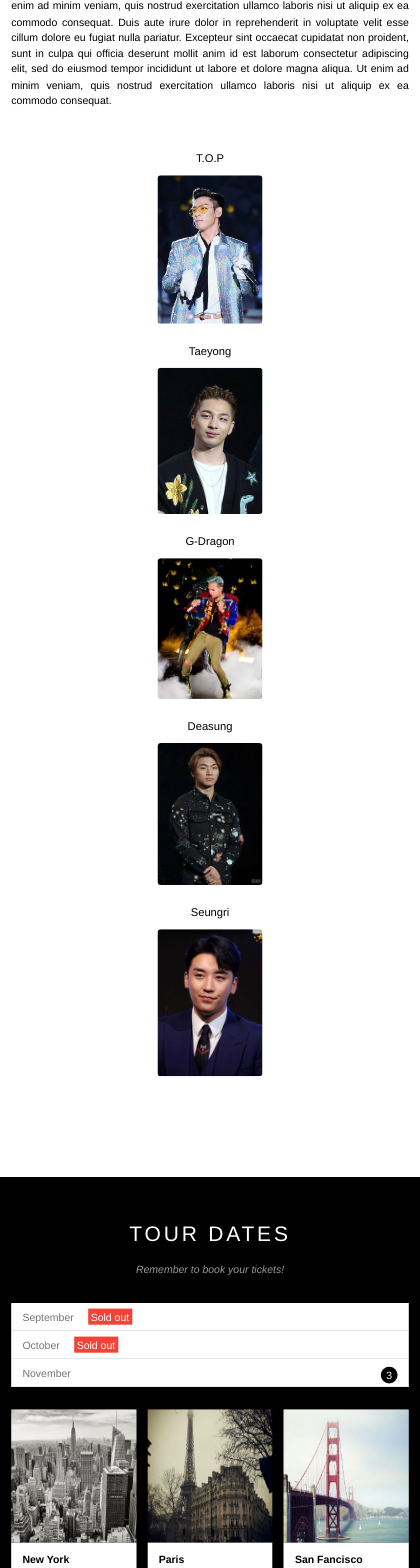
Repository: ThinhTran2k/BigBang-Band-Website
Page: index.html
These files come from the project's save history. The page is drawn as it stood at one moment and after the next save; the edit follows.
The browser window is 600 px wide. The pictures show the part of the page from y = 559 to 2799 px (the page is 4058 px tall before and 5441 px after), at 70% of full size.

Above is the page before, as saved 2021-03-16 17:12:06.
Console error: TypeError: Cannot set properties of undefined (setting 'onclick')

### index.html
<!DOCTYPE html>
<html lang="en">
<head>
    <meta charset="UTF-8">
    <meta http-equiv="X-UA-Compatible" content="IE=edge">
    <meta name="viewport" content="width=device-width, initial-scale=1.0">
    <title>Brand</title>
    <link rel="icon" href="asset/img/favicon.png" type="image/x-icon" />
    <link rel="stylesheet" href="./asset/css/style.css">
    <link rel="stylesheet" href="./asset/css/responsive.css">
    <link rel="stylesheet" href="./asset/font/themify-icons/themify-icons.css">
</head>
<body>
    <div class="wrapper">
        <div class="header">
            <!-- Navigation -->
            <ul class="nav">
                <li><a href="#">Home</a></li>
                <li><a href="#band">Band</a></li>
                <li><a href="#tour">Tour</a></li>
                <li><a href="#contact">Contact</a></li>
                <li>
                    <a href="#">
                        More
                        <i class="nav-arrow-icon ti-angle-down"></i>
                    </a>
                    <ul class="subnav">
                        <li><a href="#">Merchandise</a></li>
                        <li><a href="#">Extras</a></li>
                        <li><a href="#">Media</a></li>
                    </ul>
                </li>
            </ul>

            <!-- Search -->
            <div class="header__search">
                <i class="header__search-icon ti-search"> </i>
            </div>

            <div class="mobi-menu-responsive">
                <i class="menu-icon ti-menu"></i>
            </div>
        </div>

        <div class="slider">
            <div class="text-content">
                <h2 class="text-heading">New York</h2>
                <div class="text-description">The atmosphere in New York is lorem ipsum.</div>
            </div>
        </div>

        <div class="content" >
            <div class="content-section" id="band">
                <h2 class="section-heading">THE BAND</h2>
                <p class="section-subheading">We love music</p>
                <p class="about">We have created a fictional band website. Lorem ipsum dolor sit amet, consectetur adipiscing elit, sed do eiusmod tempor
                incididunt ut labore et dolore magna aliqua. Ut enim ad minim veniam, quis nostrud exercitation ullamco laboris nisi ut
                aliquip ex ea commodo consequat. Duis aute irure dolor in reprehenderit in voluptate velit esse cillum dolore eu fugiat
                nulla pariatur. Excepteur sint occaecat cupidatat non proident, sunt in culpa qui officia deserunt mollit anim id est
                laborum consectetur adipiscing elit, sed do eiusmod tempor incididunt ut labore et dolore magna aliqua. Ut enim ad minim
                veniam, quis nostrud exercitation ullamco laboris nisi ut aliquip ex ea commodo consequat.
                </p>

                <div class="row member-list member-list-resp">
                    <div class="member-item member-item-resp">
                        <p class="member-name">T.O.P</p>
                        <img src="./asset/img/T.O.P.jpg" alt="name" class="member-img">
                    </div>
                    <div class="member-item member-item-resp">
                        <p class="member-name">Taeyong</p>
                        <img src="./asset/img/Taeyong.jpg" alt="name" class="member-img">
                    </div>
                    <div class="member-item member-item-resp">
                        <p class="member-name">G-Dragon</p>
                        <img src="./asset/img/G-dragon.jpg" alt="name" class="member-img">
                    </div>
                    <div class="member-item member-item-resp">
                        <p class="member-name">Deasung</p>
                        <img src="./asset/img/Deasung.jpg" alt="name" class="member-img">
                    </div>
                    <div class="member-item member-item-resp">
                        <p class="member-name">Seungri</p>
                        <img src="./asset/img/Seung-hyun.png" alt="name" class="member-img">
                    </div>
                </div>
            </div>
            <div class="content-section--black" id="tour">
                <div class="content-section">
                    <h2 class="section-heading text-white">TOUR DATES</h2>
                    <p class="section-subheading text-white">Remember to book your tickets!</p>
                    <!-- Tickets -->
                    <ul class="tickets-list">
                        <li>September <span class="sold-out">Sold out</span></li>
                        <li>October <span class="sold-out">Sold out</span></li>
                        <li>November <span class="quantity">3</span></li>
                    </ul>
                    <!-- Places -->
                    <div class="row place-list">
                        <div class="col col-third">
                            <img src="./asset/img/newyork.jpg" alt="place" class="place-img">
                            <div class="place-content">
                                <h3 class="place-heading">New York</h3>
                                <p class="place-time">Fri 27 Nov 2016</p>
                                <p class="place-desc">Praesent tincidunt sed tellus ut rutrum sed vitae justo.</p>
                                <a href="#" class="place-buy-btn">Buy Tickets</a>
                            </div>
                        </div>
                        <div class="col col-third">
                            <img src="./asset/img/paris.jpg" alt="place" class="place-img">
                            <div class="place-content">
                                <h3 class="place-heading">Paris</h3>
                                <p class="place-time">Sat 28 Nov 2017</p>
                                <p class="place-desc">Praesent tincidunt sed tellus ut rutrum sed vitae justo.</p>
                                <a href="#" class="place-buy-btn">Buy Tickets</a>
                            </div>
                        </div>
                        <div class="col col-third">
                            <img src="./asset/img/sanfran.jpg" alt="place" class="place-img">
                            <div class="place-content">
                                <h3 class="place-heading">San Fancisco</h3>
                                <p class="place-time">Sun 29 Nov 2018</p>
                                <p class="place-desc">Praesent tincidunt sed tellus ut rutrum sed vitae justo.</p>
                                <a href="#" class="place-buy-btn">Buy Tickets</a>
                            </div>
                        </div>
                    </div>
                </div>
            </div>
            <div class="content-section" id="contact">
                <h2 class="section-heading">CONTACT</h2>
                <p class="section-subheading">Fan? Drop a note!</p>

                <div class="row contact-content">
                    <div class="col col-half contact-infor">
                        <p><i class="ti-location-pin"></i>Chicago, US</p>
                        <p><i class="ti-mobile"></i>Phone: +00 151515/p>
                        <p><i class="ti-email"></i>Email: mail@mail.com</p>
                    </div>
                    <div class="col col-half contact-form">
                        <form action="">
                            <div class="row ">
                                <div class="col col-half">
                                    <input type="text" name="" id="" class="form-control" required placeholder="Name">
                                </div>
                                <div class="col col-half">
                                    <input type="email" name="" id="" class="form-control" required placeholder="Email">
                                </div>
                            </div>
                            <div class="row mt-8">
                                <div class="col col-full">
                                    <input type="text" name="" id="" class="form-control" required placeholder="Message">
                                </div>
                            </div>
                            <input type="submit" value="SEND" class="form-btn">
                        </form>
                    </div>
                </div>
            </div>

            <div class="map-section" >
                <img src="./asset/img/map.jpg" alt="map">
            </div>
        </div>

        <div class="footer">
            <div class="social-list">
                <a href=""><i class="ti-facebook"></i></a>
                <a href=""><i class="ti-instagram"></i></a>
                <a href=""><i class="ti-pinterest"></i></a>
                <a href=""><i class="ti-linkedin"></i></a>
                <a href=""><i class="ti-twitter-alter"></i></a>
                <a href=""><i class="ti-dropbox-alt"></i></a>
            </div>
            <p class="copyright">Powered by <a href="#">w3.css</a></p>
        </div>
    </div>

    <script>
        // Tự động thay đổi kích thước khi chọn btn menu
        var headerE = document.querySelector('.header');
        var headerHeight = headerE.clientHeight;
        var menuE = document.querySelector('.mobi-menu-responsive');
        menuE.onclick = function () {
            var status = headerE.clientHeight == headerHeight;
            if(status){
                headerE.style.height = 'auto'
            }else{
                headerE.style.height = null;
            }
        }
        // Tự động đóng khi chọn menu
        var menuItems = document.querySelectorAll('ul li a[href*="#"]');
        for(var i = 0; i<= menuItems.length; i++){
            var menuItem = menuItems[i];

            menuItem.onclick = function (e) {
                var isParentMenu = this.nextElementSibling && this.nextElementSibling.classList.contains('subnav');
                if(isParentMenu){
                    e.preventDefault();
                }else{
                    headerE.style.height = null;
                }
            }
        }


    </script>
</body>
</html>

### asset/css/style.css
/* Reset CSS */
*{
    padding: 0;
    margin: 0;
    box-sizing: border-box;
}

html {
    scroll-behavior: smooth;
    font-family: Helvetica, Arial , sans-serif;
}

/* Common css */
.text-white {
    color: #fff !important;
}
.row {
    display: flex;
    justify-content: space-between;
    margin-left: -8px;
    margin-right: -8px;
}
.col {
    padding: 0 8px;
}
.col-third {
    width: 33.33%;
}
.col-half {
    width: 50%;
}
.col-full {
    width: 100%;
}
/* end */

/* Main */
.wrapper {

}

.header {
    position: fixed;
    top: 0;
    left: 0;
    right: 0;
    z-index: 1;
    height: 46px;
    background-color: #000;
}

.nav {
    display: inline-block;
}
.nav .subnav {
    display: none;
    position: absolute;
    top: 100%;
    left: 0;
    min-width: 160px;
    background-color: #fff;
    box-shadow: 0 0 10px rgba(0, 0, 0, 0.3);
}
.nav, .subnav {
    list-style: none;
}
.nav .subnav li:hover, .nav > li:hover > a {
    color: #000;
    background-color: #ccc;
}
.nav .subnav a {
    line-height: 38px;
    padding: 0 16px;
    color: #000;
}

.nav li:hover .subnav {
    display: block;
}
.nav > li {
    display: inline-block;
}
.nav > li > a {
    text-transform: uppercase;
    color: #fff;
}
.nav li{
    position: relative;
}
.nav li a {
    display: block;
    cursor: pointer;
    padding: 0 24px;
    line-height: 46px;
    text-decoration: none;
}
.nav-arrow-icon {
    font-size: 14px;
}

.mobi-menu-responsive {
    position: absolute;
    top: 0;
    right: 0;
}
.header .header__search,
.header .mobi-menu-responsive {
    display: none;
    float: right;
    padding: 0 21px;
    line-height: 46px;
}
.header .header__search:hover {
    cursor: pointer;
    background-color: #f44336;
}
.header .mobi-menu-responsive:hover {
    background-color: #ccc;
}
.header .menu-icon:hover {
    color: #000;
}
.header .menu-icon,
.header__search-icon {
    color: #fff;
    font-size: 20px;
}

.slider {
    position: relative;
    margin-top: 46px;
    padding-top: 50%;
    background-image: url('/asset/img/slider2.jpg');
    background-size: cover;
    background-repeat: no-repeat;
    background-position: top center;
}
.text-content {
    position: absolute;
    color: #fff;
    bottom: 48px;
    left: 50%;
    transform: translateX(-50%);
    text-align: center;
}
.text-heading {
    font-weight: 500;
}
.text-description {
    padding-top: 15px;
}


.content {

}
.content-section {
    width: 800px;
    max-width: 100%;
    margin: 0 auto;
    padding: 64px 16px 112px;
}
.section-heading {
    font-weight: 500;
    font-size: 30px;
    text-align: center;
    letter-spacing: 4px;
}
.section-subheading {
    font-size: 15px;
    text-align: center;
    margin-top: 25px;
    font-style: italic;
    opacity: 0.6;
}
.about {
    margin-top: 25px;
    font-size: 15px;
    text-align: justify;
    line-height: 1.5;
}
.member-list {
    margin-top: 38px;
    padding: 32px 0;
}
.member-item {
    display: flex;
    flex-direction: column;
    align-items: center;
    justify-content: center;
    width: 20%;
}
.member-item .member-name {
    margin-bottom: 15px;
}
.member-item .member-img {
    border-radius: 5px;
    width: 150px;
    object-fit: contain;
}
.content-section--black {
    background-color: #000;
}
.tickets-list {
    list-style: none;
    margin-top: 40px;
    background-color: #fff;
}
.tickets-list li {
    color: #757575;
    font-size: 15px;
    padding: 11px 16px;
    border-bottom: 1px solid #ddd;
}
.sold-out {
    background-color: #f44336;
    padding: 3px 4px;
    color: #fff;
    margin-left: 16px;
}
.quantity {
    float: right;
    width: 24px;
    height: 24px;
    line-height: 24px;
    text-align: center;
    border-radius: 50%;
    background-color: #000;
    color: #fff;
}
.place-list {
    /* kĩ thuật căn lề trái vs lề phải */
    margin-top: 32px;
}
.place-img {
    display: block;
    width: 100%;
    height: 190px;
}
.place-img:hover { opacity: 0.6;}
.place-content {
    font-size: 15px;
    padding: 16px;
    background-color: #fff;
}
.place-heading {
    font-size: 15px;
    font-weight: 600;
}
.place-time {
    color: #757575;
    margin-top: 15px;
}
.place-desc {
    margin-top: 15px;
}
.place-buy-btn {
    display: inline-block;
    color: #fff;
    background-color: #000;
    padding: 11px 16px;
    margin-top: 15px;
    text-decoration: none;
}
.place-buy-btn:hover {color: #000; background-color: #ccc;}
/* Contact Form */
.contact-content {
    margin-top: 48px;
}
.contact-infor {
    font-size: 18px;
    line-height: 1.5;
}
.contact-infor i[class*="ti-"] { width: 30px; display: inline-block;}
.contact-form {
    font-size: 15px;
}
.form-control {
    padding: 10px;
    border: 1px solid #ccc;
    width: 100%;
}
.mt-8 {
    margin-top: 8px;
}
.form-btn {
    display: block;
    margin-left: auto;
    margin-top: 16px;
    margin-bottom: 16px;
    padding: 12px 16px;
    text-align: right;
    border:none;
    color: #fff;
    background-color: #000;
}
.form-btn:hover { background-color: #ccc; cursor: pointer;color: #000;}
/* Map */
.map-section img {
    width: 100%;
}

.footer {
    padding: 64px 16px;
    text-align: center;
}
.footer .social-list {
    font-size: 24px;
}
.footer .social-list a {text-decoration: none; color: rgba(0, 0, 0, 0.6);}
.footer .social-list a:hover ,.footer .copyright a:hover { color: rgba(0, 0, 0, 0.4);}
.footer .copyright {
    margin-top: 15px;
    font-size: 15px;
    color: rgba(0, 0, 0, 0.6);
}
.footer .copyright a {
    color: rgba(0, 0, 0, 0.6);
}

### asset/css/responsive.css
/* Mobile */
@media (max-width: 740px) {
    .header .header__search {
        display: none;
    }
    .header .mobi-menu-responsive {
        display: block;
    }
    .header {
        overflow: hidden;
    }
    .nav > li {
        display: block;
    }
    .nav .subnav {
        position: initial;
        background-color: #333;
    }
    .nav .subnav a {
        color: #fff;
        padding: 5px 40px;
    }
    .nav {
        display: block;
    }
    .nav > li:first-child {
        display: inline-block;
    }
    .member-list-resp {
        display: block;
        margin-top: 0;
    }
    .member-item-resp {
        padding-top: 30px;
        width: 100%;
    }
    ..member-item .member-img {
        width: 60%;
    }
}

Loaded but not shown: asset/font/themify-icons/themify-icons.css (common file)

After the next save:
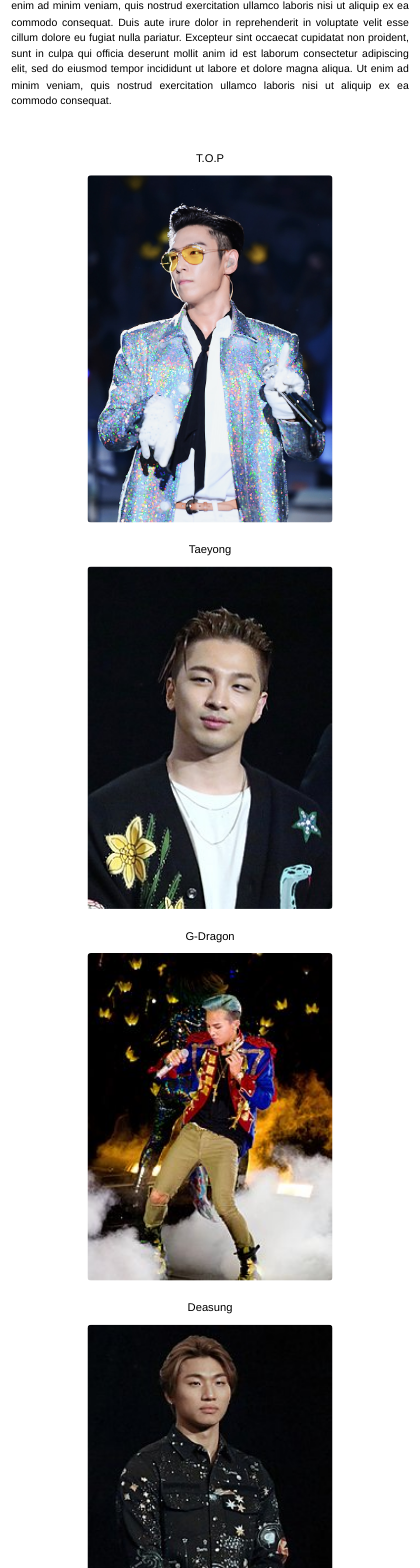
Saved 27 s later.
--- a/asset/css/responsive.css
+++ b/asset/css/responsive.css
@@ -34,7 +34,7 @@
         padding-top: 30px;
         width: 100%;
     }
-    ..member-item .member-img {
+    .member-item .member-img {
         width: 60%;
     }
 }
